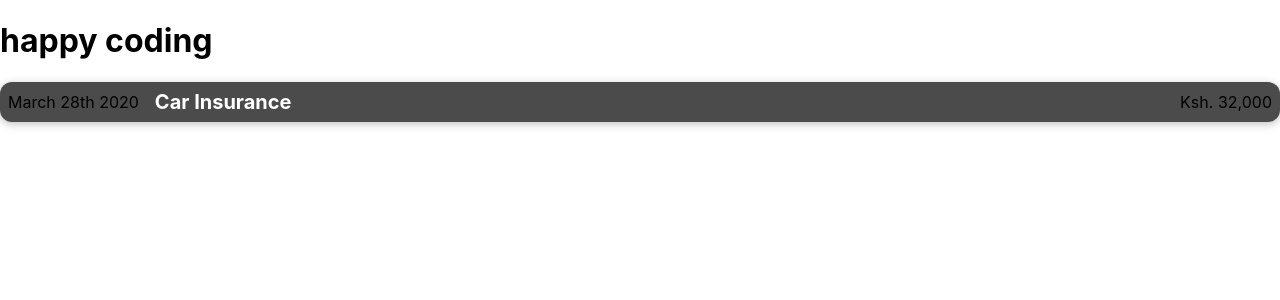
Repository: Samkiroko/expense-tracker-react
Page: /
The author's editor kept a copy of each file at every save. The page is drawn from the files as they stood at one save, then again after the next save.
The browser window is 1280 px wide. The pictures show the whole page.
The project was rebuilt for these pictures with package versions that can differ from the ones it lists, and the page was loaded fresh each time.

Above is the page before, as saved 2021-06-08 10:33:48.

### src/App.js
import ExpenseItem from './components/ExpenseItem'

function App() {
  return (
    <div className='App'>
      <h1>happy coding</h1>
      <ExpenseItem />
    </div>
  )
}

export default App

### src/components/ExpenseItem.js
import React from 'react'
import './ExpenseItem.css'

function ExpenseItem() {
  return (
    <div className='expense-item'>
      <div>March 28th 2020</div>
      <div className='expense-item__description'>
        <h2>Car Insurance</h2>
        <div>Ksh. 32,000</div>
      </div>
    </div>
  )
}

export default ExpenseItem

### src/components/ExpenseItem.css
.expense-item {
    display: flex;
    justify-content: space-between;
    align-items: center;
    box-shadow: 0 2px 8px rgba(0, 0, 0, 0.25);
    padding: 0.5rem;
    margin: 1rem 0;
    border-radius: 12px;
    background-color: #4b4b4b;
}

.expense-item__description {
    display: flex;
    flex-direction: column;
    gap: 1rem;
    align-items: flex-end;
    flex-flow: column-reverse;
    justify-content: flex-start;
    flex: 1;
}

.expense-item h2 {
    color: #3a3a3a;
    font-size: 1rem;
    flex: 1;
    margin: 0 1rem;
    color: white;
}

.expense-item__price {
    font-size: 1rem;
    font-weight: bold;
    color: white;
    background-color: #40005d;
    border: 1px solid white;
    padding: 0.5rem;
    border-radius: 12px;
}

@media (min-width: 580px) {
    .expense-item__description {
        flex-direction: row;
        align-items: center;
        justify-content: flex-start;
        flex: 1;
    }
    .expense-item__description h2 {
        font-size: 1.25rem;
    }
    .expense-item__price {
        font-size: 1.25rem;
        padding: 0.5rem 1.5rem;
    }
}

Loaded but not shown: public/index.html (common file); src/index.js (common file); src/index.css (common file)

After the next save:
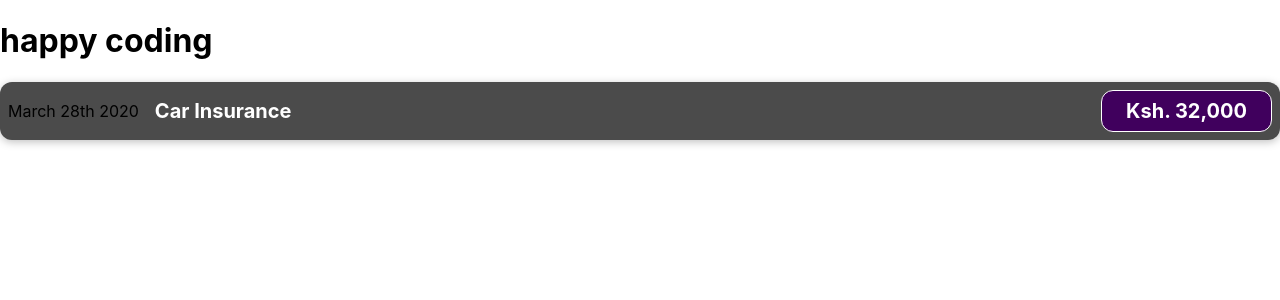
Saved 25 s later.
--- a/src/components/ExpenseItem.js
+++ b/src/components/ExpenseItem.js
@@ -7,7 +7,7 @@ function ExpenseItem() {
       <div>March 28th 2020</div>
       <div className='expense-item__description'>
         <h2>Car Insurance</h2>
-        <div>Ksh. 32,000</div>
+        <div className='expense-item__price'>Ksh. 32,000</div>
       </div>
     </div>
   )
